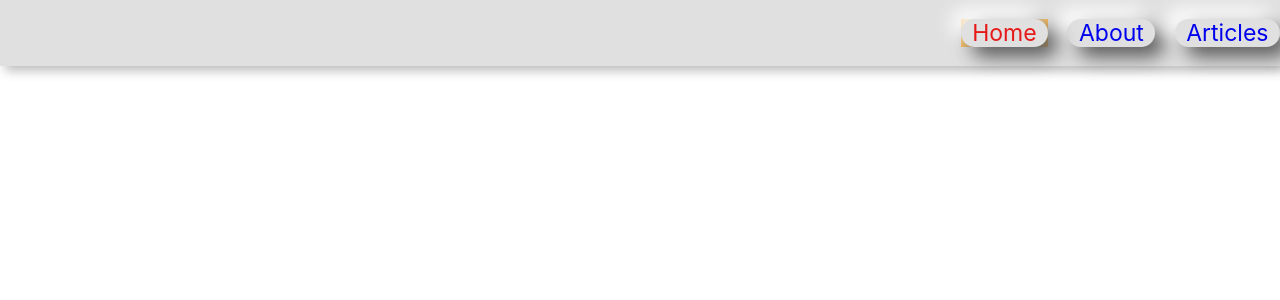
Repository: ShindanoSingi/react-software-architecture-course
Page: /
These files come from the project's save history. The page is drawn as it stood at one moment and after the next save; the edit follows.
The browser window is 1280 px wide. The pictures show the whole page.
The project was rebuilt for these pictures with package versions that can differ from the ones it lists, and the page was loaded fresh each time. Also part of the build but not shown: src/pages/About.js, src/pages/Articles.js.

Above is the page before, as saved 2022-12-25 20:46:39.

### src/App.js
import './App.css';
import { Routes, Route, NavLink } from 'react-router-dom';
import Home from './pages/Home';
import About from './pages/About';
import Articles from './pages/Articles';


function App() {

  return (
    <>
      <nav className='nav-bar'>
      <ul className='list-container'>
        <NavLink to='/' className={({isActive}) => isActive ? "is-active" : null}>
          <li className='home'>Home</li>
        </NavLink>

        <NavLink to='/about' className={({isActive}) => isActive ? "is-active" : null}>
          <li className='about'>About</li>
        </NavLink>

        <NavLink to='/articles' className={({isActive}) => isActive ? "is-active" : null}>
          <li className='articles'>Articles</li>
        </NavLink>
      </ul>
    </nav>
      <Routes>
        <Route path='/' element={<Home />}/>
        <Route path='about' element={<About />}/>
        <Route path='articles' element={<Articles />}/>
      </Routes>
    </>
  );
}

export default App;

### src/App.css
h1 {
    text-align: center;
    margin: 0rem;
    padding: 0.5em;
}

.is-active {
    color: rgb(230, 25, 25);
    background: rgb(63, 152, 251);
    background: radial-gradient(circle, rgba(63, 152, 251, 1) 6%, rgba(252, 180, 70, 1) 100%);
    z-index: 1000;

}

.home,
.about,
.articles {
    border-radius: 205px;
    background: #e0e0e0;
    box-shadow: 10px 10px 19px #5a5a5a,
        -10px -10px 19px #ffffff;
    padding: 0 0.5em;
}

.list-container,
a {
    font-size: 1.2em;
    list-style: none;
    text-decoration: none;
    display: flex;
    justify-content: flex-end;
    gap: 1em;
}

.nav-bar {
    position: fixed;
    width: 100%;
    top: 0;
    border-radius: 0px;
    background: #e0e0e0;
    box-shadow: 5px 5px 10px #bebebe,
        -5px -5px 10px #ffffff;
}

.container {
    max-width: 80em;
    background-color: beige;
    margin: 0 auto;
    height: 100vh;
    padding-top: 5em;
}

Loaded but not shown: public/index.html (common file); src/index.js (common file); src/index.css (common file); src/reportWebVitals.js (common file); src/pages/Home.js (common file)

After the next save:
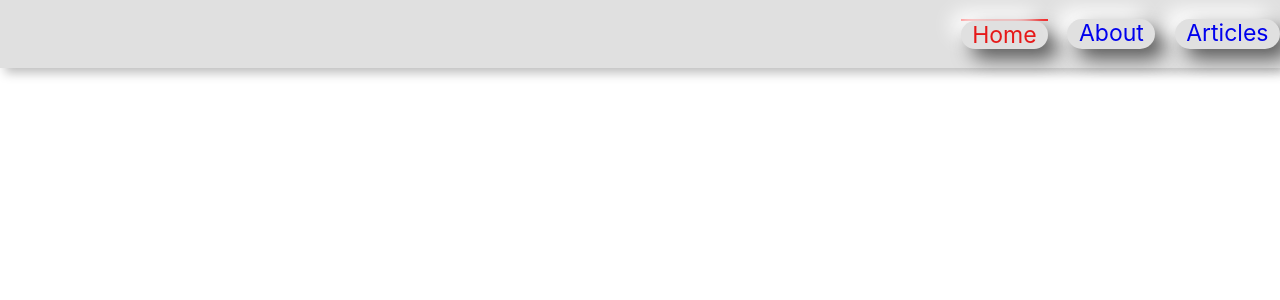
Saved 43 s later.
--- a/src/App.css
+++ b/src/App.css
@@ -6,9 +6,7 @@ h1 {
 
 .is-active {
     color: rgb(230, 25, 25);
-    background: rgb(63, 152, 251);
-    background: radial-gradient(circle, rgba(63, 152, 251, 1) 6%, rgba(252, 180, 70, 1) 100%);
-    z-index: 1000;
+    border-top: 2px solid red;
 
 }
 
